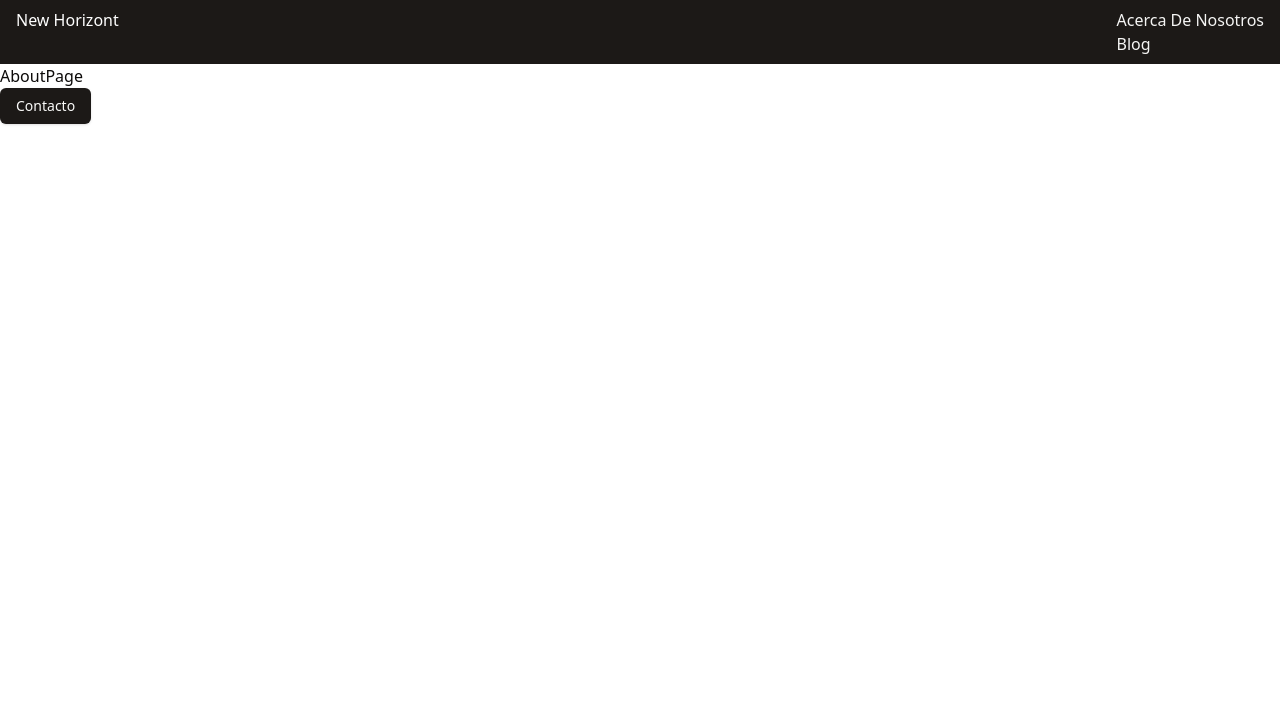
Repository: jefrydep/new-horizont-school
Page: /about
The author's editor kept a copy of each file at every save. The page is drawn from the files as they stood at one save, then again after the next save.
The browser window is 1280 px wide. The pictures show the whole page.
The project was rebuilt for these pictures with package versions that can differ from the ones it lists, and the page was loaded fresh each time. The framework's server and built-in components were replaced by stand-ins that run in the browser. Also part of the build but not shown: next.config.ts.

Above is the page before, as saved 2024-11-07 17:29:23.

After the next save:
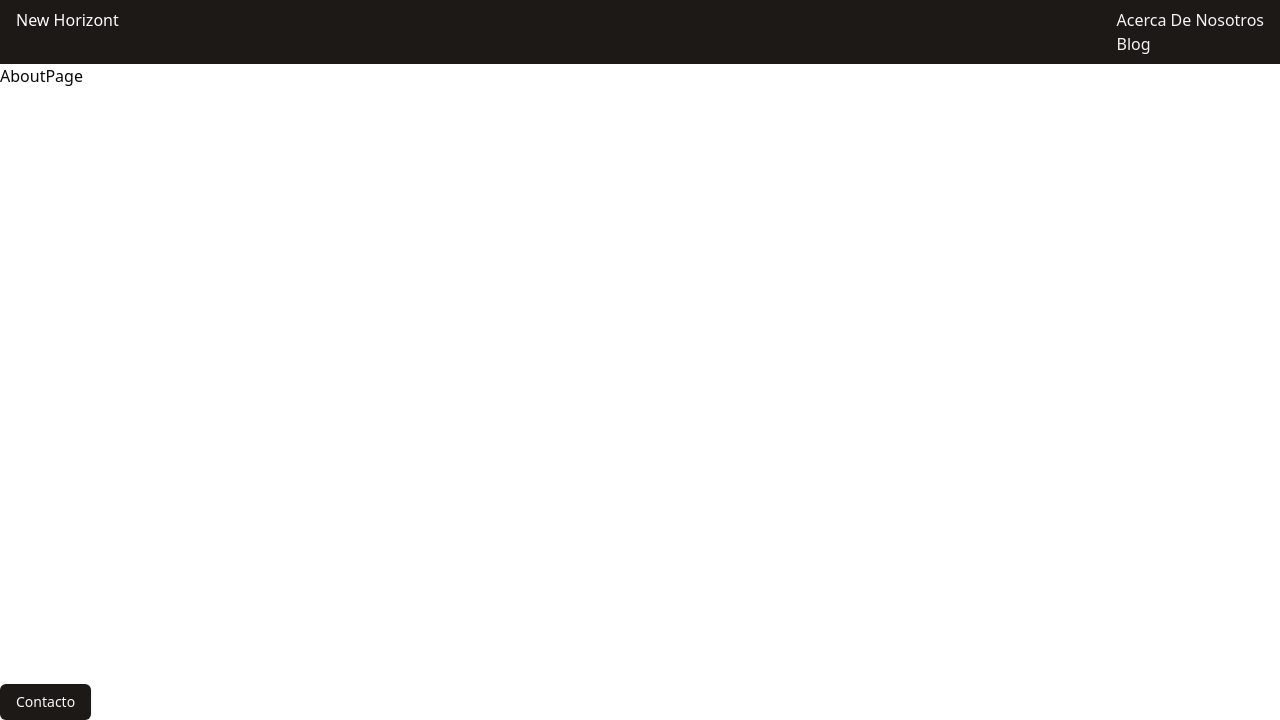
Saved 9 s later.
--- a/src/app/layout.tsx
+++ b/src/app/layout.tsx
@@ -32,7 +32,7 @@ export default function RootLayout({
       >
         <Navbar />
         {children}
-        <div className="bottom-0">
+        <div className=" absolute bottom-0">
           <Button>Contacto</Button>
         </div>
       </body>
